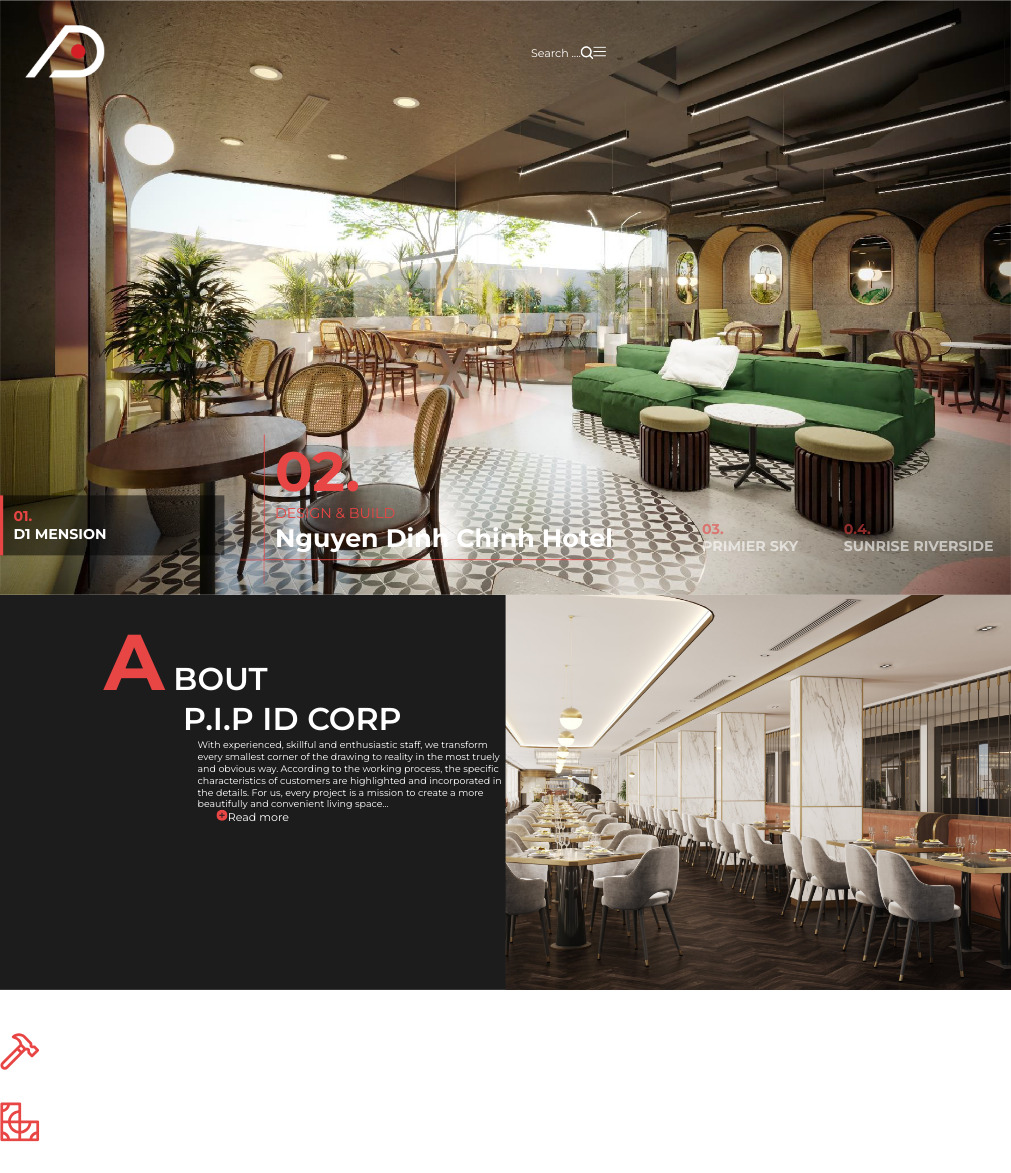
Repository: huudang2840/pipHomePage
Page: index.html
These files come from the project's save history. The page is drawn as it stood at one moment and after the next save; the edit follows.
The browser window is 1280 px wide. The pictures show the whole page, at 79% of full size.

Above is the page before, as saved 2023-03-21 14:20:45.

### index.html
<!DOCTYPE html>
<html lang="en">
  <head>
    <meta charset="UTF-8" />
    <meta http-equiv="X-UA-Compatible" content="IE=edge" />
    <meta name="viewport" content="width=device-width, initial-scale=1.0" />
    <title>Pip Home Page</title>

    <!-- CSS -->
    <link rel="stylesheet" href="style/style.css" />

    <!-- Fonts -->
    <link rel="preconnect" href="https://fonts.googleapis.com" />
    <link rel="preconnect" href="https://fonts.gstatic.com" crossorigin />
    <link
      href="https://fonts.googleapis.com/css2?family=Montserrat:wght@400;600;700&display=swap"
      rel="stylesheet"
    />
  </head>
  <body>
    <!-- Header -->
    <header class="header">
      <div class="header__img">
        <img src="/img/logo.png" alt="" />
      </div>
      <div class="header__option">
        <div class="option__search">
          <p>Search ....</p>
          <svg
            width="16"
            height="17"
            viewBox="0 0 16 17"
            fill="none"
            xmlns="http://www.w3.org/2000/svg"
          >
            <path
              d="M15.7189 14.9442L12.6438 11.8691C13.5758 10.6491 14.0869 9.16936 14.0871 7.60786C14.0871 5.72609 13.3542 3.95682 12.0234 2.62623C10.6928 1.29564 8.92376 0.562744 7.04176 0.562744C5.15999 0.562744 3.39072 1.29564 2.06013 2.62623C-0.68671 5.3733 -0.68671 9.84287 2.06013 12.5895C3.39072 13.9203 5.15999 14.6532 7.04176 14.6532C8.60326 14.653 10.0831 14.1419 11.3031 13.2099L14.3781 16.285C14.563 16.4701 14.8059 16.5627 15.0485 16.5627C15.2911 16.5627 15.5339 16.4701 15.7189 16.285C16.0892 15.9148 16.0892 15.3143 15.7189 14.9442ZM3.40091 11.2487C1.39344 9.24124 1.39368 5.97471 3.40091 3.96701C4.37339 2.99476 5.66649 2.4591 7.04176 2.4591C8.41726 2.4591 9.71012 2.99476 10.6826 3.96701C11.6551 4.93949 12.1908 6.23258 12.1908 7.60786C12.1908 8.98336 11.6551 10.2762 10.6826 11.2487C9.71012 12.2212 8.41726 12.7568 7.04176 12.7568C5.66649 12.7568 4.37339 12.2212 3.40091 11.2487Z"
              fill="white"
            />
          </svg>
        </div>
        <div class="option__lang"></div>
        <div class="option__menu">
          <svg
            width="16"
            height="13"
            viewBox="0 0 16 13"
            fill="none"
            xmlns="http://www.w3.org/2000/svg"
          >
            <path
              d="M16 10.9167V12.25H0V10.9167H16ZM16 5.58333V6.91667H0V5.58333H16ZM16 0.25V1.58333H0V0.25H16Z"
              fill="white"
            />
          </svg>
        </div>
        <div class="option__share"></div>
      </div>
    </header>

    <!-- Main -->
    <section>
      <div class="intro">
        <div class="intro__background">
          <img src="/img/page1.png" alt="" srcset="" id="masked" />
        </div>
        <div class="intro__list">
          <div class="list__left">
            <div>
              <span>
                <p>01.</p>
                <p>D1 Mension</p>
              </span>
            </div>
            <div>
              <span id="active_intro">
                <h1>02.</h1>
                <p>Design & build</p>
                <h1>Nguyen Dinh Chinh Hotel</h1>
                <div class="border__box"></div>
              </span>
            </div>
          </div>

          <div class="list__right">
            <div>
              <span>
                <p>03.</p>
                <p>Primier Sky</p>
              </span>
            </div>
            <div>
              <span>
                <p>0.4.</p>
                <p>Sunrise Riverside</p>
              </span>
            </div>
          </div>
        </div>
      </div>
      <div class="about">
        <div class="about__left">
          <span>
            <span>
              <h1><span class="text-red">A</span> bout</h1>
            </span>
            <h1 class="ml-100">P.I.P ID CORP</h1>
          </span>
          <span class="about__left__textaera">
            <p>
              With experienced, skillful and enthusiastic staff, we transform every smallest corner
              of the drawing to reality in the most truely and obvious way. According to the working
              process, the specific characteristics of customers are highlighted and incorporated in
              the details. For us, every project is a mission to create a more beautifully and
              convenient living space…
            </p>
          </span>
          <div class="read-more">
            <svg
              width="14"
              height="14"
              viewBox="0 0 14 14"
              fill="none"
              xmlns="http://www.w3.org/2000/svg"
            >
              <path
                d="M7 0C3.14005 0 0 3.14005 0 7C0 10.86 3.14005 14 7 14C10.86 14 14 10.86 14 7C14 3.14005 10.86 0 7 0ZM10.0625 7.5833H7.5833V10.0625C7.5833 10.3845 7.32204 10.6458 7 10.6458C6.67796 10.6458 6.4167 10.3845 6.4167 10.0625V7.5833H3.9375C3.61546 7.5833 3.3542 7.32204 3.3542 7C3.3542 6.67796 3.61546 6.4167 3.9375 6.4167H6.4167V3.9375C6.4167 3.61546 6.67796 3.3542 7 3.3542C7.32204 3.3542 7.5833 3.61546 7.5833 3.9375V6.4167H10.0625C10.3845 6.4167 10.6458 6.67796 10.6458 7C10.6458 7.32204 10.3845 7.5833 10.0625 7.5833Z"
                fill="#E84545"
              />
            </svg>
            <p>Read more</p>
          </div>
        </div>
        <div class="about__right">
          <img src="/img/about.jpeg" alt="" />
        </div>
      </div>
      <div class="wedo">
        <div class="wedo__top">
          <div class="wedo__top__logo"></div>
          <h2 class="wedo__top__text">Prestige is Power</h2>
        </div>
        <div class="wedo__bottom">
          <h2 class="wedo__bottom__text">What</h2>
          <h2 class="wedo__bottom__text">We do</h2>

          <div class="wedo__bottom__build">
            <svg
              width="50"
              height="48"
              viewBox="0 0 50 48"
              fill="none"
              xmlns="http://www.w3.org/2000/svg"
            >
              <path
                d="M48.9873 21.1033L44.931 17.0479C44.6268 16.7437 44.2209 16.5625 43.7911 16.5386L40.962 16.3804L40.8901 13.6863C40.8782 13.2385 40.6953 12.8113 40.3783 12.4951L32.3717 4.48853C30.1056 2.22241 27.0927 0.973145 23.8875 0.973145C23.8849 0.973145 23.8823 0.973145 23.8798 0.973145C20.6754 0.974854 17.6633 2.22412 15.3989 4.48853C14.9683 4.91919 14.7922 5.54126 14.9341 6.13257C15.0759 6.72559 15.5151 7.20068 16.0936 7.39038C22.7092 9.54797 24.1731 12.4049 24.6757 15.0402L2.11755 37.5984C-0.0357666 39.7517 -0.0357666 43.2551 2.11755 45.4084C4.27087 47.5618 7.77429 47.5618 9.92761 45.4084L28.4667 26.8694C28.4674 26.8686 28.4685 26.8684 28.4692 26.8677C28.47 26.8669 28.4702 26.8659 28.4709 26.8651L32.5843 22.7518L34.5305 22.804L34.6976 25.6372C34.7224 26.0645 34.9036 26.4695 35.2069 26.772L39.2632 30.8274C39.605 31.1692 40.0527 31.3401 40.5005 31.3401C40.9482 31.3401 41.396 31.1692 41.7378 30.8274L48.9873 23.5779C49.3154 23.2498 49.5 22.8054 49.5 22.3406C49.5 21.8757 49.3154 21.4314 48.9873 21.1033ZM38.1523 24.7673L37.978 21.8125C37.9532 21.3853 37.7721 20.9802 37.4688 20.6777L36.6296 19.8386C36.285 19.5467 35.8884 19.3765 35.4393 19.3259L32.6357 19.2507L28.1915 14.8074C27.6429 11.4988 26.0912 7.94067 20.2883 5.26782C21.3983 4.74829 22.6194 4.47485 23.8823 4.47314H23.8875C26.157 4.47314 28.2915 5.35669 29.8971 6.96313L37.4106 14.4758L37.4858 17.3025C37.5493 17.7349 37.6595 18.1839 37.9918 18.4919L37.9952 18.4886C37.9967 18.4901 37.997 18.4922 37.9985 18.4937L38.8265 19.3208C39.1307 19.625 39.5366 19.8062 39.9656 19.8301L42.929 19.9958L45.2754 22.3406L40.5005 27.1155L38.1523 24.7673ZM7.453 42.9338C6.66345 43.7234 5.38171 43.7234 4.59216 42.9338C3.80347 42.1443 3.80347 40.8625 4.59216 40.073L21.8961 22.7691L24.7569 25.6299L7.453 42.9338ZM27.2315 23.1553L24.3707 20.2945L26.5492 18.116L29.41 20.9768L27.2315 23.1553Z"
                fill="#E84545"
              />
            </svg>
            <h3>BUILD</h3>
            <p>
              With our years of experience, we can help your ideas become a feasible plan. We know
              how you can bring the most out of your space...
            </p>
          </div>
          <div class="wedo__bottom__design">
            <svg
              width="50"
              height="50"
              viewBox="0 0 50 50"
              fill="none"
              xmlns="http://www.w3.org/2000/svg"
            >
              <path
                d="M47.75 23.25H26.75V2.25C26.75 1.28357 25.9664 0.5 25 0.5H2.25C1.28357 0.5 0.5 1.28357 0.5 2.25V47.75C0.5 48.7164 1.28357 49.5 2.25 49.5H47.75C48.7164 49.5 49.5 48.7164 49.5 47.75V39V25C49.5 24.0336 48.7164 23.25 47.75 23.25ZM46 37.4081C41.6125 38.1488 38.1488 41.6125 37.4081 46H26.75V39.7627C33.554 38.9605 38.9605 33.554 39.7627 26.75H46V37.4081ZM46 46H40.9713C41.6062 43.5433 43.5433 41.6062 46 40.9713V46ZM4 12.5919C8.3875 11.8512 11.8512 8.3875 12.5919 4H23.25V10.2373C16.446 11.0395 11.0395 16.446 10.2373 23.25H4V12.5919ZM4 4H9.02869C8.3938 6.45667 6.45667 8.3938 4 9.02869V4ZM23.25 26.75V36.226C18.3799 35.4688 14.5312 31.6201 13.774 26.75H23.25ZM26.75 26.75H36.2408C35.4855 31.6218 31.6204 35.4564 26.75 36.2148V26.75ZM23.25 23.25H13.7852C14.5436 18.3796 18.3782 14.5145 23.25 13.7592V23.25ZM4 46V40.9713C6.45667 41.6062 8.3938 43.5433 9.02869 46H4ZM4 37.4081V26.75H10.2373C11.0395 33.554 16.446 38.9605 23.25 39.7627V46H12.5919C11.8512 41.6125 8.3875 38.1488 4 37.4081Z"
                fill="#E84545"
              />
            </svg>
            <h3>Design</h3>
            <p>
              Custom furniture solutions, cabinets, vibrant colors, a vertical garden, an invisible
              cupboard, a hidden bed or desk - anything can take shape in our hands...
            </p>
          </div>
        </div>
      </div>
      <div class="projects"></div>
      <div class="customer"></div>
      <div class="contact"></div>
    </section>

    <!-- Footer -->
    <footer></footer>
  </body>
  <script src="/js/index.js"></script>
</html>

### style/style.css
:root {
  --color-bg: #1c1c1c;
  --color-red: #e84545;
}
* {
  margin: 0;
  padding: 0;
  color: white;
  font-family: "Montserrat", sans-serif;
  font-size: 14px;
  font-weight: 400;
  list-style: none;
}
/* Header */
.header {
  position: fixed;
  display: flex;
  width: 100%;
  background-color: transparent;
  justify-content: space-between;
  align-items: center;
  z-index: 10;
  padding: 32px;
}
.header__img {
  flex: 1;
}
.header__img > img {
  width: 100px;
  height: 66px;
}
#masked {
  z-index: 10;
  /* background-color: black; */
  /* background: radial-gradient(50% 50% at 50% 50%, rgba(0, 0, 0, 0) 0%, #000000 100%); */

  /* -webkit-mask-image: radial-gradient(
    circle at 50% 50%,
    rgb(0, 0, 0) 40%,
    rgba(0, 0, 0, 0.617) 70%
  ); */

  /* -webkit-mask-image: radial-gradient(circle at center, red 0, blue, green 100%); */
}

.header__option {
  flex: 1;
  width: 100px;
  height: 66px;
  display: flex;
  align-items: center;
}

.option__search {
  display: flex;
}
.option__menu {
  width: 50px;
}

/* Intro */
.intro {
  position: relative;
}
.intro__background {
  height: 100%;
  width: 100%;
}

.intro__background > img {
  width: 100%;
  object-fit: cover;
  display: block;
}
.intro__list {
  display: flex;
  width: 100%;
  position: absolute;
  bottom: 50px;
  justify-content: space-between;
}

.intro__list span {
  height: 100%;
  display: flex;
  flex-direction: column;
  justify-content: center;
  padding-left: 13px;
}
.intro__list span > * {
  font-size: 18px;
  font-weight: 700;
  text-transform: uppercase;
  z-index: 10;
}
.intro__list span > p:nth-child(1) {
  color: var(--color-red);
}
.list__left {
  display: flex;
  flex: 2;
}
.list__left div:nth-child(1) {
  height: 76px;
  width: 280px;
  align-self: end;
  border-left: 4px solid var(--color-red);
  background: rgb(0, 0, 0, 0.5);
}

.list__right {
  display: flex;
  flex: 1;
  align-self: flex-end;
  opacity: 0.6;
  justify-content: space-around;
}

#active_intro {
  margin-left: 50px;
  border-bottom: 1px solid var(--color-red);
  border-left: 1px solid var(--color-red);
  position: relative;
  padding-bottom: 5px;
}
#active_intro h1:nth-child(1) {
  font-size: 70px;
  color: var(--color-red);
}
#active_intro p {
  font-size: 18px;
  font-weight: 400;
  color: var(--color-red);
}
#active_intro h1:nth-child(3) {
  font-size: 32px;
  text-transform: none;
}

.border__box {
  position: absolute;
  left: -31px;
  bottom: -31px;
  height: 30px;
  width: 30px;
  border-top: 1px solid var(--color-red);
  border-right: 1px solid var(--color-red);
}
/* About */
.about {
  background-color: var(--color-bg);
  display: flex;
  height: 500px;
}
.about__left {
  flex: 1;
  padding-top: 60px;
  display: flex;
  flex-direction: column;
  align-items: center;
}
.text-red {
  font-weight: 700;
  font-size: 100px;
  /* line-height: 195px; */
  color: var(--color-red);
}
.about__left h1 {
  font-weight: 600;
  font-size: 40px;
  text-transform: uppercase;
  line-height: 50px;
}
.text-about {
  display: flex;
}
.about__right {
  flex: 1;
}
.about__right > img {
  height: 100%;
  width: 100%;
  object-fit: cover;
}
.about__left__textaera p {
  margin-left: 250px;
  margin-left: 250px;

  font-size: 12px;
  overflow: hidden;
}
.read-more {
  display: flex;
}
.ml-100 {
  margin-left: 100px;
}

Loaded but not shown: js/index.js (no copy from this time; the picture is the same without it)

After the next save:
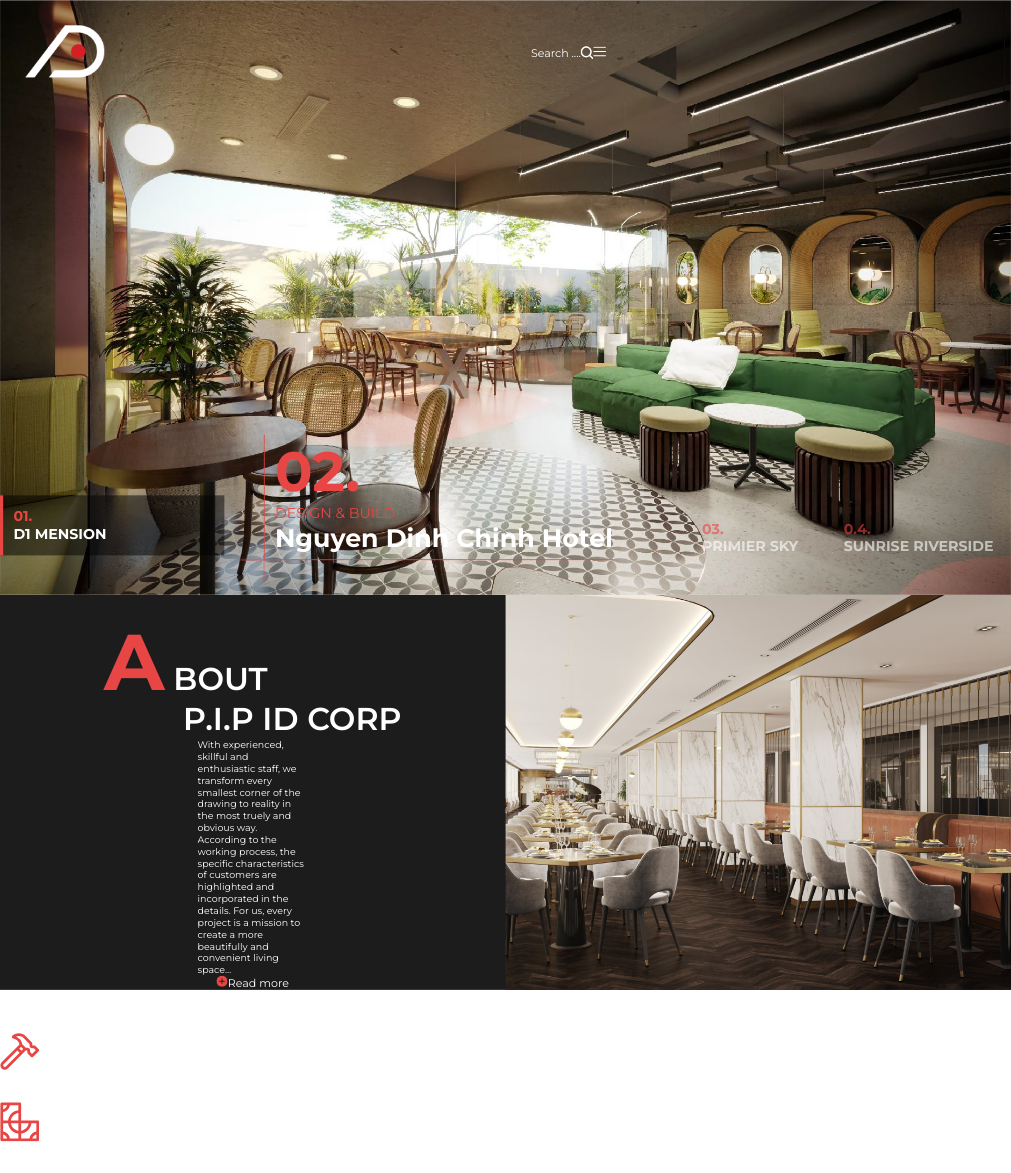
Saved 4 s later.
--- a/style/style.css
+++ b/style/style.css
@@ -184,7 +184,7 @@
 }
 .about__left__textaera p {
   margin-left: 250px;
-  margin-left: 250px;
+  margin-right: 250px;
 
   font-size: 12px;
   overflow: hidden;
